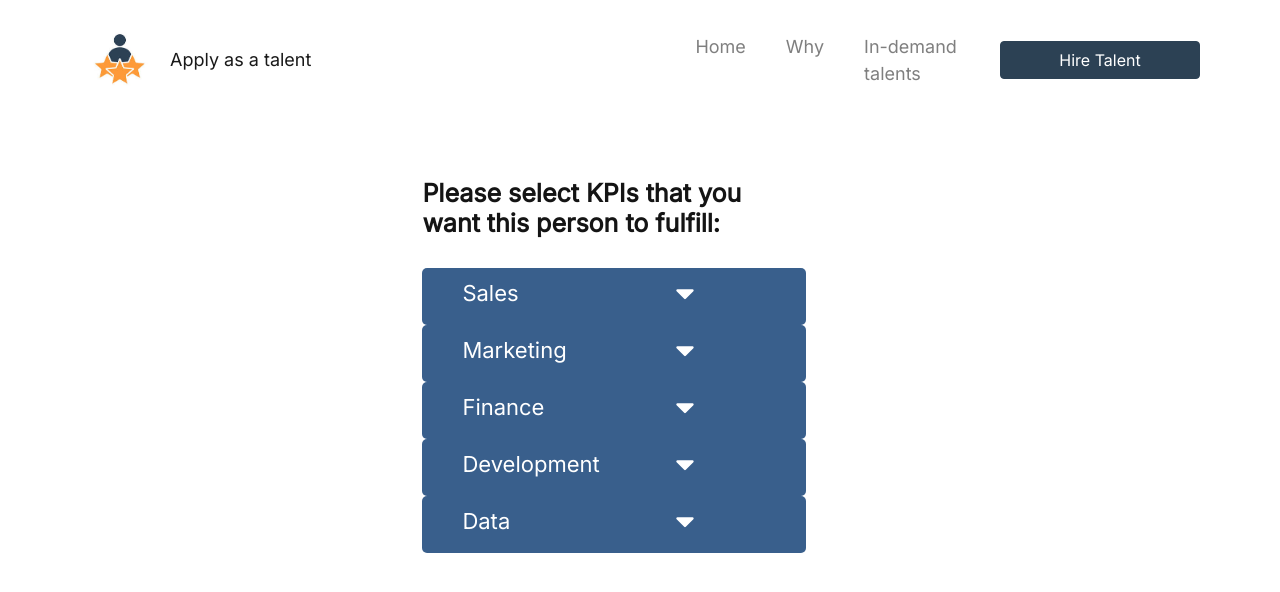
Repository: Ashwe9/talent-hire-reactJs
Page: /kpis
An editor plug-in stored every save of this project. The page is shown before and after the next save, followed by the edit.
The browser window is 1280 px wide. The pictures show the whole page.
The project was rebuilt for these pictures with package versions that can differ from the ones it lists, and the page was loaded fresh each time. A package was used in the major version that the imports need, not the one package.json lists. Also part of the build but not shown: src/homePage/components/TrustedBy/TrustedBy.css, src/homePage/components/TrustedBy/TrustedBy.js, src/homePage/components/Roles/Roles.css, src/homePage/components/Roles/Roles.js, src/homePage/components/homePageFooter/HomePageFooter.css, src/homePage/components/homePageFooter/HomePageFooter.js, src/homePage/HomePage.js, src/projectDetails/ProjectDetails.js.

Above is the page before, as saved 2022-08-18 15:18:05.

### public/index.html
<!DOCTYPE html>
<html lang="en">
  <head>
    <meta charset="utf-8" />
    <link rel="icon" href="%PUBLIC_URL%/favicon.ico" />
    <meta name="viewport" content="width=device-width, initial-scale=1" />
    <meta name="theme-color" content="#000000" />
    <meta
      name="description"
      content="Web site created using create-react-app"
    />
    <link rel="apple-touch-icon" href="%PUBLIC_URL%/logo192.png" />
    <link rel="manifest" href="%PUBLIC_URL%/manifest.json" />
    <link rel="stylesheet" href="https://stackpath.bootstrapcdn.com/bootstrap/4.4.1/css/bootstrap.min.css" integrity="sha384-Vkoo8x4CGsO3+Hhxv8T/Q5PaXtkKtu6ug5TOeNV6gBiFeWPGFN9MuhOf23Q9Ifjh" crossorigin="anonymous">
    <link href='https://fonts.googleapis.com/css?family=Inter' rel='stylesheet'>

    <title>App</title>
  </head>
  <body>
    <noscript>You need to enable JavaScript to run this app.</noscript>
    <div id="root"></div>
    <script src="https://code.jquery.com/jquery-3.4.1.slim.min.js" integrity="sha384-J6qa4849blE2+poT4WnyKhv5vZF5SrPo0iEjwBvKU7imGFAV0wwj1yYfoRSJoZ+n" crossorigin="anonymous"></script>
    <script src="https://cdn.jsdelivr.net/npm/popper.js@1.16.0/dist/umd/popper.min.js" integrity="sha384-Q6E9RHvbIyZFJoft+2mJbHaEWldlvI9IOYy5n3zV9zzTtmI3UksdQRVvoxMfooAo" crossorigin="anonymous"></script>
    <script src="https://stackpath.bootstrapcdn.com/bootstrap/4.4.1/js/bootstrap.min.js" integrity="sha384-wfSDF2E50Y2D1uUdj0O3uMBJnjuUD4Ih7YwaYd1iqfktj0Uod8GCExl3Og8ifwB6" crossorigin="anonymous"></script>  </body>
</html>

### src/App.js
import React from 'react'
import { BrowserRouter as Router, Route, Switch } from 'react-router-dom';
import { HomePage } from './homePage/HomePage';
import KPISPage from './kpisPage/KPISPage';
import ProjectDetails from './projectDetails/ProjectDetails';

function App() {
  return (
    <Router>
      <Switch>
        <Route exact path="/" component={HomePage} />
        <Route exact path="/kpis" component={KPISPage} />
        <Route exact path="/projectdetails" component={ProjectDetails} />
      </Switch>
    </Router>
  );
}

export default App;

### src/kpisPage/KPISPage.js
import React from 'react'
import './KPISPage.css'
import { Navbar } from '../shared-components/Navbar/Navbar'
import Header from './Header'
import DropDown from './DropDown'

const KPISPage = () => {
  return (
    <div>
      <Navbar />
      <Header />
      <DropDown title="Sales"/>
      <DropDown title="Marketing"/>
      <DropDown title="Finance"/>
      <DropDown title="Development"/>
      <DropDown title="Data"/>
    </div>
  )
}

export default KPISPage

### src/shared-components/Navbar/Navbar.js
import React from 'react'
import './Navbar.css'
import { useHistory } from 'react-router-dom'

export const Navbar = () => {
  let history=useHistory();
  return (
    <nav className="navbar navbar-expand-lg navbar-light">
      <img src= {require('../../assets/icon.png')} className="icon"/>
      <a className="navbar-brand title" href="#">Apply as a talent</a>
      <button className="navbar-toggler" type="button" data-toggle="collapse" data-target="#navbarText" aria-controls="navbarText" aria-expanded="false" aria-label="Toggle navigation">
        <span className="navbar-toggler-icon"></span>
      </button>
      <div className="collapse navbar-collapse" id="navbarText">
        <ul className="navbar-nav mr-auto">
          <li className="nav-item">
            <a className="nav-link" href="#" onClick={() => {
                history.push('/');
              } }>Home</a>
          </li>

          <li className="nav-item">
            <a className="nav-link" href="#">Why</a>
          </li>
          <li className="nav-item">
            <a className="nav-link" href="#">In-demand talents</a>
          </li>
        </ul>
        <span className="navbar-text">
          <button className='btn btn-dark navbar-btn'>Hire Talent</button>
        </span>
      </div>
    </nav>
  )
}

### src/kpisPage/Header.js
import React from 'react'
import './Header.css'

const Header = () => {
  return (
    <div className='header-box'>
        <p className='header-by-title'>
            Please select KPIs that you want this person to fulfill:
        </p>
    </div>
  )
}

export default Header

### src/kpisPage/DropDown.js
import {FaCaretDown, FaCaretUp} from 'react-icons/fa'
import React from 'react'
import './DropDown.css'
import { left } from '@popperjs/core'


const DropDown = ({title}) => {

  return (
    <div className='dropdown-box'>
        <p className='dropdown-title'>{title}</p>
        <FaCaretDown id='icon' size={30}
            style={{}}/>
    </div>
  )
}

export default DropDown

### src/shared-components/Navbar/Navbar.css
.icon{
    width: 80px;
}

.title{
    font-family: "Inter";
    font-style: normal;
    font-weight: 500;
    font-size: 18px;
    line-height: 28px;
    align-items: center;
    color: #444444;
    padding-left: 10px;
}

#navbarText{
    margin-left: 30%;
}
.navbar-items{
    margin: 0 35%;

}

.nav-item{
    font-family: "Inter";
    font-style: normal;
    font-weight: 500;
    font-size: 18px;
    align-items: center;
    color: #444444;
    padding-left: 24px;
}

.navbar-btn{
    font-family: "Inter";
    font-style: bold;
    background: #2c4154;
    /* padding: 5px 50px; */
    border-color: #2c4154;
    width: 200px;
}

.navbar{
    margin: 10px 5%;
}

@media only screen and (max-width: 600px) {
    body {
      background-color: lightblue;
    }
  }

### src/kpisPage/Header.css
.header-box{
    margin: 30px 30%;
    padding: 3%;
    padding-bottom: 0%;
    align-items: center;
    width: 35%;
}

.header-by-title{
    font-family: "Inter";
    font-style: bolder;
    font-weight: 700;
    font-size: 25px;
    line-height: 30px;
    align-items: center;
    color: #141414;
}


@media only screen and (max-width: 700px) {

    .header-by-title{
        font-size: 16px;
    }

    .header-box{
        margin-left: 90px;
        width: 100%;
    }
  }
@media only screen and (max-width: 450px) {
    .header-by-title{
        font-size: 13px;
    }
    .header-box{
        margin-left: 70px;
        width: 100%;
    }
}

### src/kpisPage/DropDown.css
.dropdown-box{
    margin: 0px 33%;
    padding-top: 10px;
    padding-bottom: 1px;
    width: 30%;
    background-color: #395f8c;
    border-radius: 5px;
    display: flex;
}

.dropdown-title{
    font-family: "Inter";
    font-style: bolder;
    font-weight: 300;
    font-size: 22px;
    line-height: 30px;
    align-items: center;
    color: white;
    margin-left: 40px;
}

#icon{
    color: white;
    cursor: pointer;
    position:absolute;
    right:580px;
}


@media only screen and (max-width: 700px) {

    .dropdown-by-title{
        font-size: 16px;
    }

    .dropdown-box{
        margin-left: 90px;
        width: 100%;
    }
  }
@media only screen and (max-width: 450px) {
    .dropdown-by-title{
        font-size: 13px;
    }
    .dropdown-box{
        margin-left: 70px;
        width: 100%;
    }
}

Loaded but not shown: src/index.js (common file); src/reportWebVitals.js (common file); src/index.css (no stored copy; drawn as an empty file); src/kpisPage/KPISPage.css (no stored copy; drawn as an empty file)

After the next save:
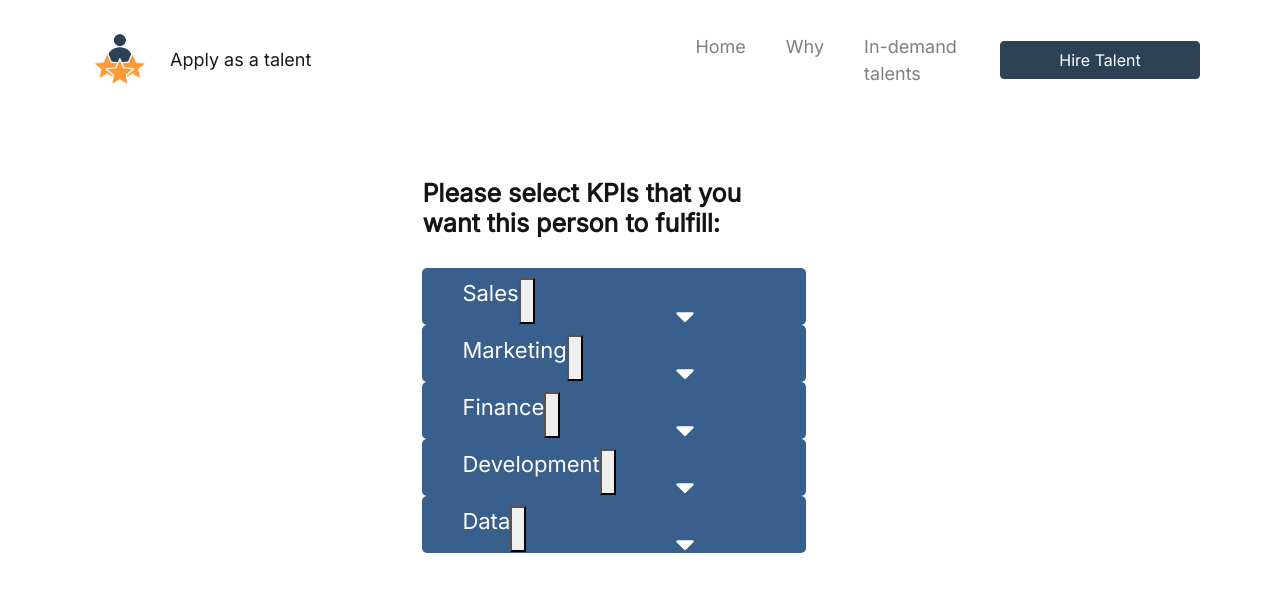
Saved 15 min 57 s later.
--- a/src/kpisPage/DropDown.js
+++ b/src/kpisPage/DropDown.js
@@ -7,10 +7,12 @@ import { left } from '@popperjs/core'
 const DropDown = ({title}) => {
 
   return (
-    <div className='dropdown-box'>
+    <div className='dropdown-box' >
         <p className='dropdown-title'>{title}</p>
-        <FaCaretDown id='icon' size={30}
-            style={{}}/>
+        <button>
+            <FaCaretDown id='icon' size={30} style={{}} />
+        </button>
+        {/*<FaCaretDown id='icon' size={30} style={{}}/>*/}
     </div>
   )
 }
